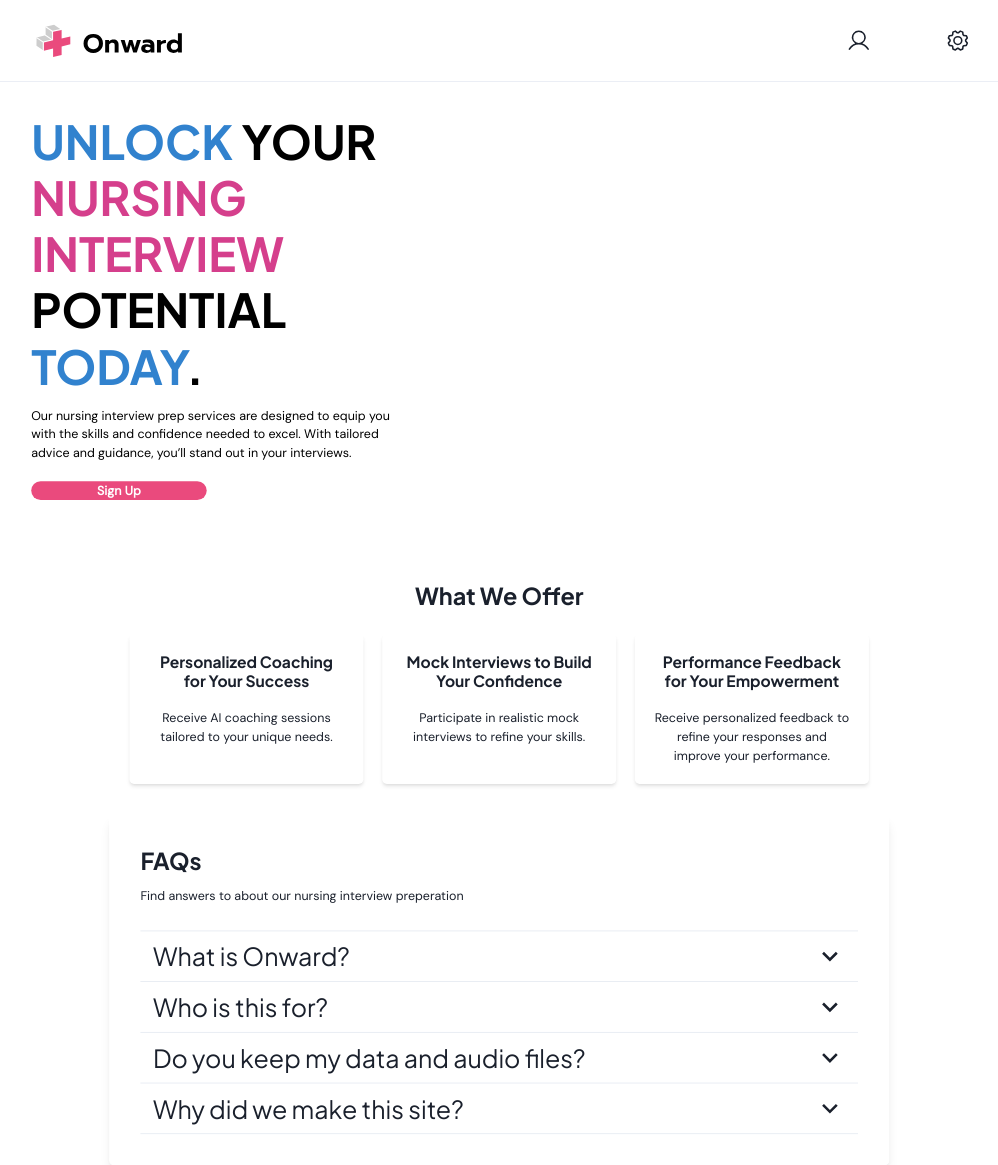
Repository: Aladdin3r/onward
Page: /landing-page
The author's editor kept a copy of each file at every save. The page is drawn from the files as they stood at one save, then again after a run of saves.
The browser window is 1280 px wide. The pictures show the whole page, at 78% of full size.
The project was rebuilt for these pictures with package versions that can differ from the ones it lists, and the page was loaded fresh each time. The framework's server and built-in components were replaced by stand-ins that run in the browser. Also part of the build but not shown: next.config.mjs, styles/components/AppTopNav.js, styles/components/Layout.js.

Above is the page before, as saved 2024-10-29 01:52:16.

### pages/_app.js
import { ChakraProvider } from "@chakra-ui/react";
import theme from "@/styles/theme";

function MyApp({ Component, pageProps }) {
  return (
    <ChakraProvider theme={theme}>
      <Component {...pageProps} />
    </ChakraProvider>
  );
}

export default MyApp;

### pages/_document.js
import { Html, Head, Main, NextScript } from "next/document";

export default function Document() {
  return (
    <Html lang="en">
      <Head>
        <link
          href="https://fonts.googleapis.com/css2?family=DM+Sans:wght@400&family=Plus+Jakarta+Sans:wght@400;600;700&display=swap"
          rel="stylesheet"
        />
      </Head>
      <body>
        <Main />
        <NextScript />
      </body>
    </Html>
  );
}

### pages/landing-page.js
import {
    Box,
    Flex,
    Heading,
    Text,
    Stack,
    Button,
    Accordion,
    AccordionItem,
    AccordionButton,
    AccordionPanel,
    AccordionIcon
} from "@chakra-ui/react";
import Layout from "@/styles/components/Layout";
import TopNav from "@/styles/components/TopNav";
import AppTopNav from "@/styles/components/AppTopNav";
import { useRouter } from 'next/router';

export default function Home() {
    const router = useRouter();

    // Button action function
    const handleSignUp = () => {
        router.push('/signup'); // Navigate to the sign-up page
    };

    return (
        <>
            {/* Hero Section */}
            <TopNav />
            <Box color="black" p={10} textAlign="left">
                <Heading fontFamily="heading" fontSize="6xl" fontWeight="bold" width="45%" mb={4}>
                    <Text as="span" color="blue.500">UNLOCK </Text>
                    <Text as="span" color="black">YOUR </Text>
                    <Text as="span" color="pink.500">NURSING INTERVIEW </Text>
                    <Text as="span" color="black">POTENTIAL </Text>
                    <Text as="span" color="blue.500">TODAY</Text>
                    <Text as="span" color="black">. </Text>


                </Heading>
                <Text fontFamily="body" fontSize="x" color="black" mb={6} width="40%">
                    Our nursing interview prep services are designed to equip you with the skills and confidence needed to excel. With tailored advice and guidance, you’ll stand out in your interviews.
                </Text>
                <Button
                    mt="2"
                    bg="#EA4A7D"
                    color="#FFFFFF"
                    width="50%"
                    height="10px"
                    maxW="225px"
                    fontWeight="semibold"
                    fontSize="16px"
                    borderRadius="full"
                    px="6"
                    mb="6"
                >
                    Sign Up
                </Button>
            </Box>

            {/* What We Offer Section */}
            <Box p={10} textAlign="center" >
                <Heading fontFamily="heading" fontSize="3xl" mb={8}>What We Offer</Heading>
                <Flex justify="center" gap={6}>
                    <Stack width="300px" borderRadius="md" boxShadow="md" p={6} textAlign="center">
                        <Heading fontFamily="heading" fontSize="xl" mb={4}>Personalized Coaching for Your Success</Heading>
                        <Text fontFamily="body">
                            Receive AI coaching sessions tailored to your unique needs.
                        </Text>
                    </Stack>
                    <Stack width="300px" borderRadius="md" boxShadow="md" p={6} textAlign="center">
                        <Heading fontFamily="heading" fontSize="xl" mb={4}>Mock Interviews to Build Your Confidence</Heading>
                        <Text fontFamily="body">
                            Participate in realistic mock interviews to refine your skills.
                        </Text>
                    </Stack>
                    <Stack width="300px" borderRadius="md" boxShadow="md" p={6} textAlign="center">
                        <Heading fontFamily="heading" fontSize="xl" mb={4}>Performance Feedback for Your Empowerment</Heading>
                        <Text fontFamily="body">
                            Receive personalized feedback to refine your responses and improve your performance.
                        </Text>
                    </Stack>
                </Flex>
            </Box>

            {/* FAQ Section */}
            <Box p={10} borderRadius="md" boxShadow="lg" maxW="1000px" mx="auto">
                <Heading fontFamily="heading" fontSize="3xl" textAlign="left" mb={4}>FAQs</Heading>
                <Text fontFamily="body" fontSize="s" textAlign="left" mb={8}>
                    Find answers to about our nursing interview preperation
                </Text>
                <Accordion allowToggle>
                    <AccordionItem>
                        <h2>
                            <AccordionButton>
                                <Box as="span" flex="1" textAlign="left" fontFamily="heading">What is Onward?</Box>
                                <AccordionIcon />
                            </AccordionButton>
                        </h2>
                        <AccordionPanel pb={4} fontFamily="body">
                            Onward is an AI-powered personal interview coach designed for nurses to enhance their job interview skills.
                        </AccordionPanel>
                    </AccordionItem>
                    <AccordionItem>
                        <h2>
                            <AccordionButton>
                                <Box as="span" flex="1" textAlign="left" fontFamily="heading">Who is this for?</Box>
                                <AccordionIcon />
                            </AccordionButton>
                        </h2>
                        <AccordionPanel pb={4} fontFamily="body">
                            This service is designed for nurses, especially those new to the Canadian healthcare system.
                        </AccordionPanel>
                    </AccordionItem>
                    <AccordionItem>
                        <h2>
                            <AccordionButton>
                                <Box as="span" flex="1" textAlign="left" fontFamily="heading">Do you keep my data and audio files?</Box>
                                <AccordionIcon />
                            </AccordionButton>
                        </h2>
                        <AccordionPanel pb={4} fontFamily="body">
                            Yes, we securely store data as per our privacy policy to enhance your interview coaching experience.
                        </AccordionPanel>
                    </AccordionItem>
                    <AccordionItem>
                        <h2>
                            <AccordionButton>
                                <Box as="span" flex="1" textAlign="left" fontFamily="heading">Why did we make this site?</Box>
                                <AccordionIcon />
                            </AccordionButton>
                        </h2>
                        <AccordionPanel pb={4} fontFamily="body">
                            Onward aims to empower nurses by providing interview preparation tools tailored to their needs.
                        </AccordionPanel>
                    </AccordionItem>
                </Accordion>
            </Box>
        </>
    );
}

### styles/theme.js
import { extendTheme } from "@chakra-ui/react";
import { theme as chakraTheme } from "@chakra-ui/react";
import Button from './components/Button';
import { Stepper } from "@chakra-ui/react";

const fonts = {
    ...chakraTheme.fonts,
    body: "DM Sans",
    heading: "Plus Jakarta Sans",
}

const overrides = {
    ...chakraTheme,
    fonts,
    components: {
        Button: {
            ...Button,
        },
    },
    fontWeights: {
        normal: 400,
        medium: 500,
        bold: 700,
    },
    fontSizes: {
        xxs: "14pt",
        xs: "16pt",
        sm: "20pt",
        md: "24pt",
        lg: "32pt",
    },
    colors: {
       brand: {
        blushPink: "#EA4A7D",
        pastelBlue: "#CBD5FF",
        blueberryCreme: "#EBEFFF",
        frostWhite: "#FAFAFA",
        nightBlack: "#1f1f1f",
        platinum: "#e2e2e2",
        confirmationGreen: "#61CD3D",
        imperialRed: "EA4A4D",
        canaryYellow: "#EAE84A",
        oceanBlue: "#214DDF",
        pureWhite: "#FFFFFF"
        }
    },
    styles: {
        global: {
            body: {
                bg: "frostWhite",
            },
        },
    },
}

const customTheme = extendTheme(overrides);

export default customTheme;

### styles/components/TopNav.js
'use client'
import {
    Box,
    Flex,
    useColorModeValue,
    IconButton,
    Image,
    Link,
} from "@chakra-ui/react";
import { User, Gear } from "@phosphor-icons/react";

export default function TopNav() {
    const bgColor = useColorModeValue('#fff', 'brand.nightBlack');

    return (
        <Box bg={bgColor} px={4} borderBottom="1px solid #E6EAF2">
            <Flex h={"104px"} alignItems={'center'} justifyContent={'space-between'}>
                <Box fontSize={{ base: 'md', md: 'lg' }}>
                    <Link href="/">
                        <Image src="logo.svg" boxSize="253px" alt="Onward Logo" style={{ padding: "30px" }} />
                    </Link>
                </Box>
                <Flex alignItems={'center'}>
                    <Link href="/user">
                        <IconButton
                            aria-label="User settings"
                            icon={<User />}
                            variant="ghost"
                            mr="55px"
                        />
                    </Link>
                    <Link href="/settings">
                        <IconButton
                            aria-label="Settings"
                            icon={<Gear />}
                            variant="ghost"
                        />
                    </Link>
                </Flex>
            </Flex>
        </Box>
    );
}

### styles/components/Button.js
const Button = {
    baseStyle: {
      display: 'flex',
      borderRadius: '999px',
      fontFamily: 'DM Sans',
      _hover: {
        boxShadow: '0px 4px 4px 0px rgba(0, 0, 0, 0.45)',
      },
      padding: 3,
    },
    sizes: {
      xs: {
        fontSize: ['12pt', '14pt', '16pt'], // Responsive font sizes for xs
        px: [2, 3], // Responsive padding
      },
      sm: {
        fontSize: ['14pt', '16pt', '20pt'],
        px: [2, 4],
      },
      md: {
        fontSize: ['16pt', '20pt', '24pt'],
        px: [3, 5],
      },
      lg: {
        fontSize: ['20pt', '28pt', '32pt'],
        px: [4, 6],
      },
    },
    variants: {
      lgPrimary: {
        bg: 'brand.blushPink',
        color: 'brand.frostWhite',
        width: ['100%', '325px'], // 100% width on smaller screens
        height: '72px',
        fontSize: ['20pt', '28pt', '32pt'], // Responsive font size
        borderRadius: '999px',
      },
      mdPrimary: {
        bg: 'brand.blushPink',
        color: 'brand.frostWhite',
        width: ['100%', '225px'],
        height: '72px',
        fontSize: ['16pt', '20pt', '24pt'],
        borderRadius: '999px',
      },
      smPrimary: {
        bg: 'brand.blushPink',
        color: 'brand.frostWhite',
        width: ['100%', '150px'],
        height: '64px',
        fontSize: ['14pt', '16pt', '20pt'],
        borderRadius: '999px',
      },
      xsPrimary: {
        bg: 'brand.blushPink',
        color: 'brand.frostWhite',
        width: ['100%', '117px'],
        height: '32px',
        fontSize: ['12pt', '14pt', '18pt'],
        borderRadius: '999px',
      },
      lgSecondary: {
        bg: 'brand.platinum',
        color: 'brand.nightBlack',
        width: ['100%', '325px'],
        height: '72px',
        fontSize: ['20pt', '28pt', '32pt'],
        borderRadius: '999px',
        _hover: {
          bg: 'brand.blushPink',
          color: 'brand.frostWhite',
          boxShadow: '0px 4px 4px 0px rgba(0, 0, 0, 0.45)',
        },
      },
      mdSecondary: {
        bg: 'brand.platinum',
        color: 'brand.nightBlack',
        width: ['100%', '225px'],
        height: '72px',
        fontSize: ['16pt', '20pt', '24pt'],
        borderRadius: '999px',
        _hover: {
          bg: 'brand.blushPink',
          color: 'brand.frostWhite',
          boxShadow: '0px 4px 4px 0px rgba(0, 0, 0, 0.45)',
        },
      },
      smSecondary: {
        bg: 'brand.platinum',
        color: 'brand.nightBlack',
        width: ['100%', '150px'],
        height: '64px',
        fontSize: ['14pt', '16pt', '20pt'],
        borderRadius: '999px',
        _hover: {
          bg: 'brand.blushPink',
          color: 'brand.frostWhite',
          boxShadow: '0px 4px 4px 0px rgba(0, 0, 0, 0.45)',
        },
      },
      xsSecondary: {
        bg: 'brand.platinum',
        color: 'brand.nightBlack',
        width: ['100%', '117px'],
        height: '32px',
        fontSize: ['12pt', '14pt', '18pt'],
        borderRadius: '999px',
        _hover: {
          bg: 'brand.blushPink',
          color: 'brand.frostWhite',
          boxShadow: '0px 4px 4px 0px rgba(0, 0, 0, 0.45)',
        },
      },
    },
  };

  export default Button;

### styles/components/SideNav.js
import { useState } from "react";
import PropTypes from "prop-types";
import Link from "next/link";
import { Box, Flex, Text, VStack, Image } from "@chakra-ui/react";
import { ChalkboardTeacher, ClockCounterClockwise, UserSound, Presentation, User, Gear } from "@phosphor-icons/react";

// Define each variant and associated icon, label, and path(s)
const variants = {
  default: {
    label: "Dashboard",
    icon: <UserSound size={32} />,
    path: "/"
  },
  variant2: {
    label: "Mock Interview",
    icon: <ChalkboardTeacher size={32} />,
    path: "/mock-interview"
  },
  variant3: {
    label: "Practice Interview",
    icon: <Presentation size={32} />,
    path: [
      "/practice-interview",
      "/practice-interview-filter",
      "/practice-interview-questions",
      "/practice-interview-answer",
      "/practice"
    ]
  },
  variant4: {
    label: "History",
    icon: <ClockCounterClockwise size={32} />,
    path: "/history"
  },
};

// Define the bottom section items with default values
const defaultBottomVariants = {
  account: {
    label: "Account",
    icon: <User size={18} />,
    path: "/account"
  },
  settings: {
    label: "Settings",
    icon: <Gear size={18} />,
    path: "/settings"
  },
  signOut: {
    label: "Sign Out",
    icon: null,
    path: "/"
  }
};

// Main SideNavBar component
export const SideNavBar = ({ activeVariant, bottomVariants = defaultBottomVariants }) => {
  return (
    <Flex
      bg="brand.blueberryCreme"
      height="100vh"
      width="280px"
      position="fixed"
      flexDir="column"
    >
      {/* logo box */}
      <Box fontSize={{ base: 'sm', md: 'md' }} mt="1rem">
        <Link href="/">
          <Image src="logo.svg" alt="Onward Logo" style={{ padding: "0.6rem" }} width="100%" />
        </Link>
      </Box>

      {/* nav menu */}
      <Box mt="1.5rem" overflow="hidden">
        <VStack align="flex-start" spacing={2} width="100%" ml="10%">
          {variants && Object.keys(variants).map((variant) => {
            const isActive = activeVariant === variant;
            return (
              <Link href={Array.isArray(variants[variant].path) ? variants[variant].path[0] : variants[variant].path} key={variant} passHref>
                <Flex
                  align="center"
                  cursor="pointer"
                  width="280px"
                  bg={isActive ? "brand.blushPink" : "none"} // Active background
                  color={isActive ? "brand.frostWhite" : "initial"} // Active text color
                  p={3}
                  borderLeftRadius="26px"
                  transition="transform 0.5s ease-in-out, background-color 0.4s, color 0.4s"
                  _hover={{
                    bg: "brand.blushPink",
                    color: "brand.frostWhite",
                    borderRadius: "26px 0 0 26px",
                    transition: "background-color 0.3s, transform 0.3s",
                  }}
                >
                  <Box pl={isActive ? "5rem" : 0} mr={4}>
                    {variants[variant].icon}
                  </Box>
                  <Text fontFamily="body" fontSize="18px" fontWeight="bold">
                    {variants[variant].label}
                  </Text>
                </Flex>
              </Link>
            );
          })}
        </VStack>
      </Box>

      {/* Bottom Section for Account, Settings, and Sign Out Links */}
      <Box mb={2} mt="13rem" width="100%">
        <VStack width="100%" align="flex-end">
          {bottomVariants && Object.keys(bottomVariants).map((variant) => {
            const isActive = activeVariant === variant;
            return (
              <Link
                href={bottomVariants[variant].path}
                key={variant}
                passHref
              >
                <Flex
                  align="center"
                  cursor="pointer"
                  width="100%"
                  height="1.3rem"
                  bg={isActive ? "brand.blushPink" : "none"} // Active background
                  color={isActive ? "brand.frostWhite" : "initial"} // Active text color
                  borderRadius="md"
                  pr="1.5rem"
                  transition="transform 0.3s ease-in-out, background-color 0.3s, color 0.3s"
                  _hover={{
                    color: "brand.blushPink",
                    borderRadius: "26px 0 0 26px",
                    transition: "background-color 0.3s, transform 0.3s",
                  }}
                >

                  <Box mr={3}>
                    {bottomVariants[variant].icon}
                  </Box>
                  <Text fontFamily="body" fontSize="18px" fontWeight="regular" textAlign="left"
                    textDecoration={variant === 'signOut' ? 'underline' : 'none'}
                  >
                    {bottomVariants[variant].label}
                  </Text>
                </Flex>
              </Link>
            );
          })}
        </VStack>
      </Box>
    </Flex>
  );
};

SideNavBar.propTypes = {
  activeVariant: PropTypes.oneOf(["variant4", "variant2", "variant3", "default"]),
  bottomVariants: PropTypes.object, // Define bottomVariants as an optional object
};

SideNavBar.defaultProps = {
  bottomVariants: {},
};

After the next 4 saves:
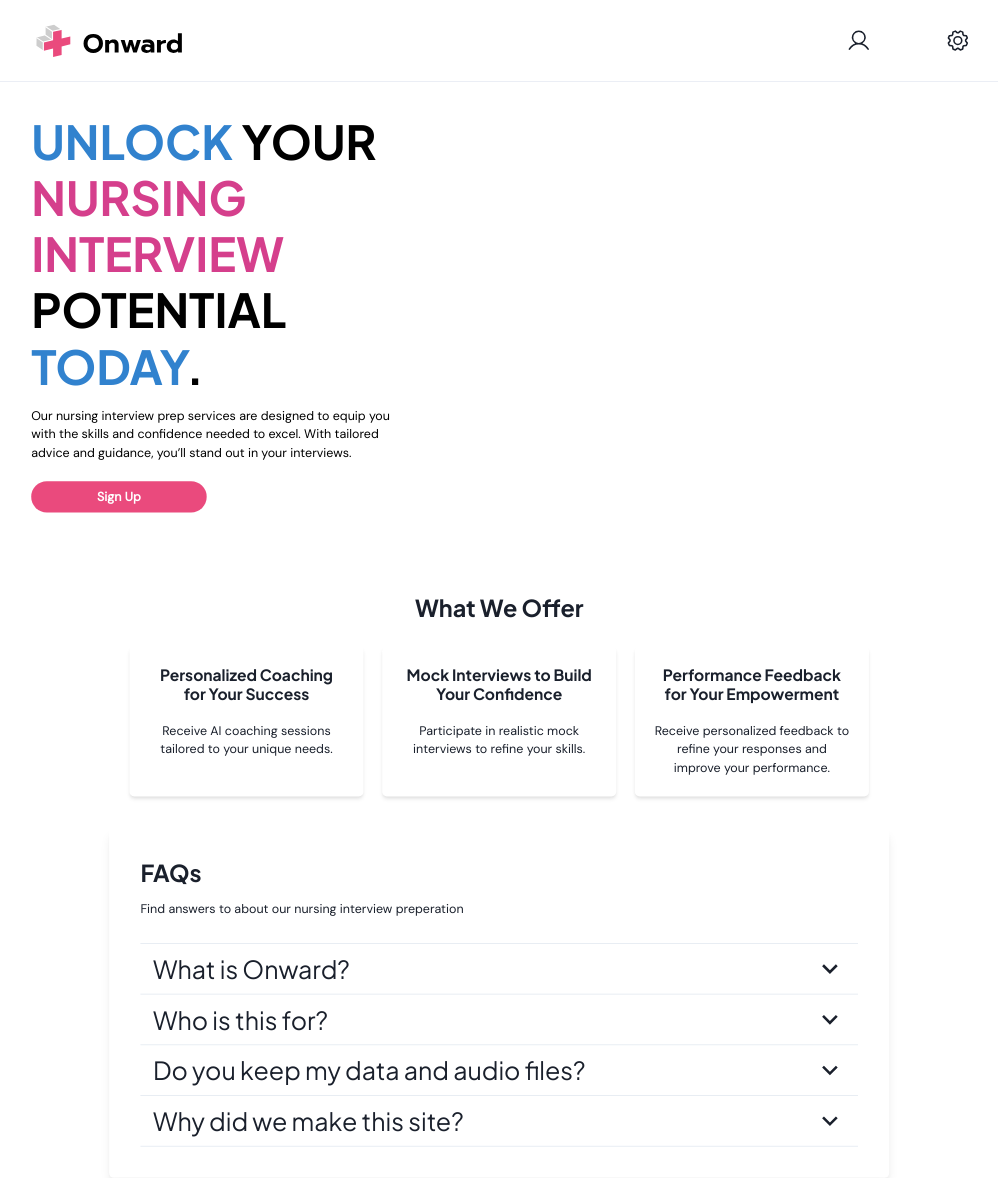
The 4 saves are shown as one change because they came seconds apart.
The last was saved 13 s later.
--- a/pages/landing-page.js
+++ b/pages/landing-page.js
@@ -47,7 +47,7 @@ export default function Home() {
                     bg="#EA4A7D"
                     color="#FFFFFF"
                     width="50%"
-                    height="10px"
+                    height="40px"
                     maxW="225px"
                     fontWeight="semibold"
                     fontSize="16px"
